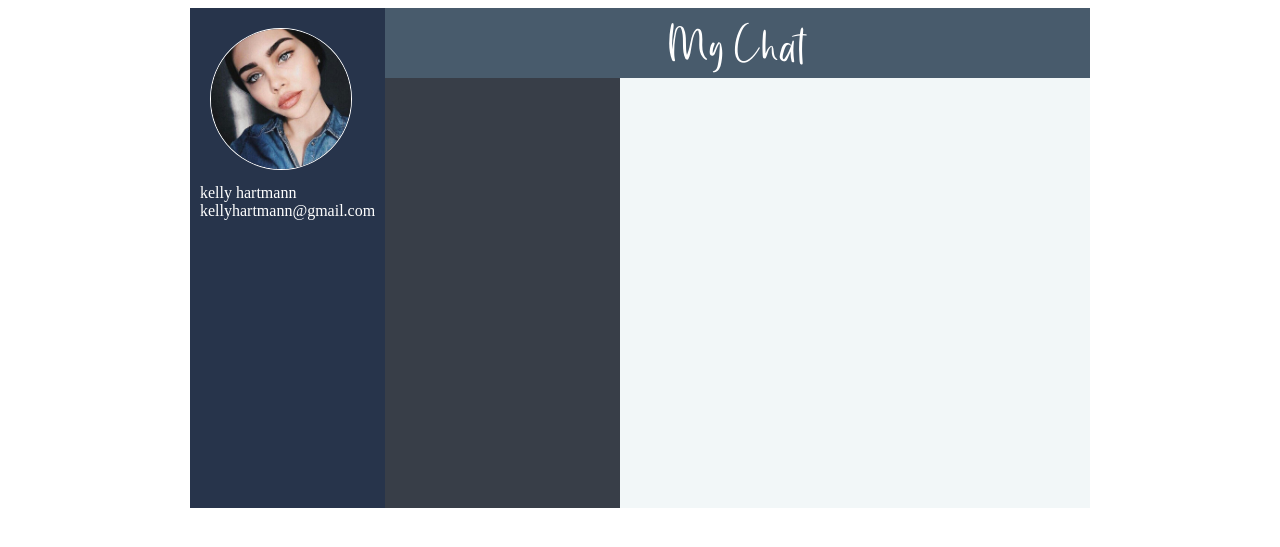
Repository: chathura226/SeekWork_Group_Project_I
Page: http://localhost/
These files come from the project's save history. The page is drawn as it stood at one moment and after the next save; the edit follows.
The browser window is 1280 px wide. The pictures show the whole page.
The page is run by PHP 8.4 with error messages shown; the project is at /var/www/html/.

Above is the page before, as saved 2023-12-02 12:36:34.

After the next save:
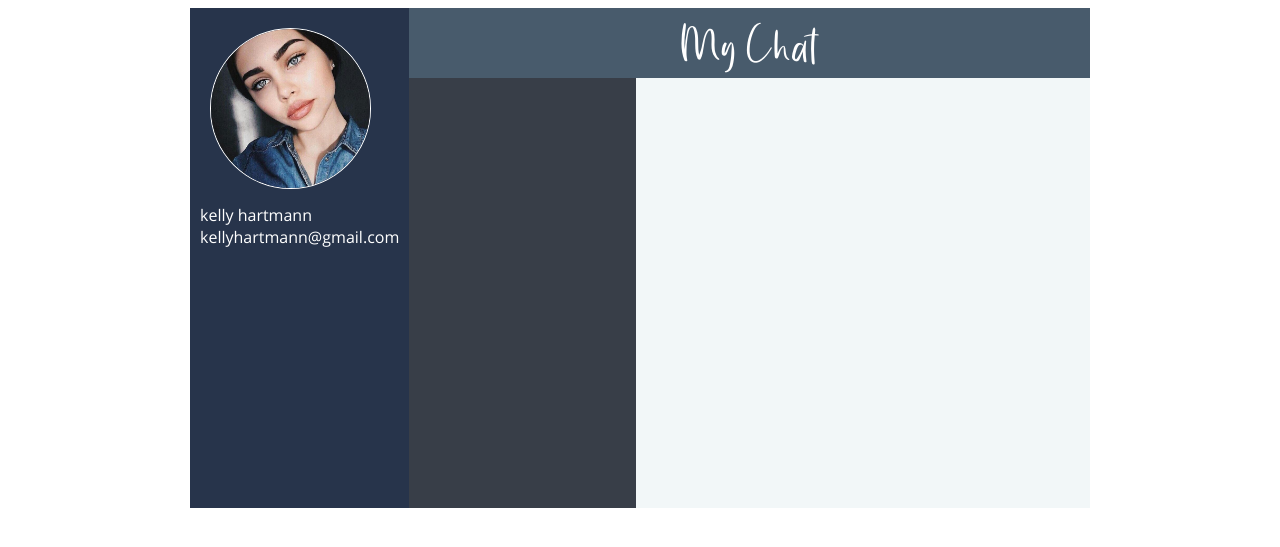
Saved 42 s later.
--- a/chat/index.php
+++ b/chat/index.php
@@ -24,6 +24,7 @@
             display: flex;
             margin:auto;
             color:white;
+            font-family:myfont;
 
         }
 
@@ -42,7 +43,7 @@
             border:solid thin white;
             border-radius:50%;
             margin:10px;
-            font-family:myfont;
+
 
         }
 
